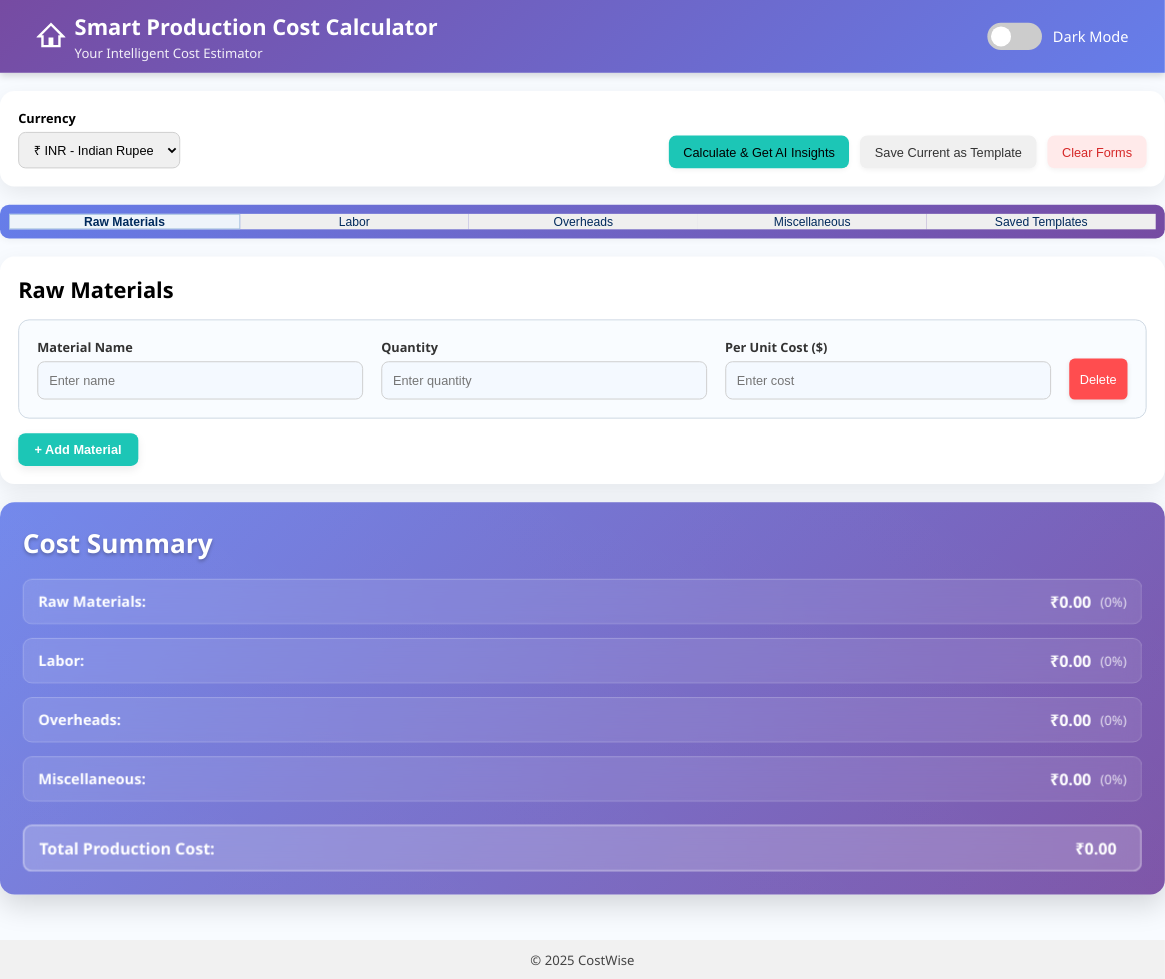
Repository: syntaxion25/COSTWISE
Page: index.html
These files come from the project's save history. The page is drawn as it stood at one moment and after the next save; the edit follows.
The browser window is 1280 px wide. The pictures show the whole page, at 91% of full size.

Above is the page before, as saved 2025-06-13 19:34:39.
Console error: ReferenceError: savedTemplates is not defined

After the next save:
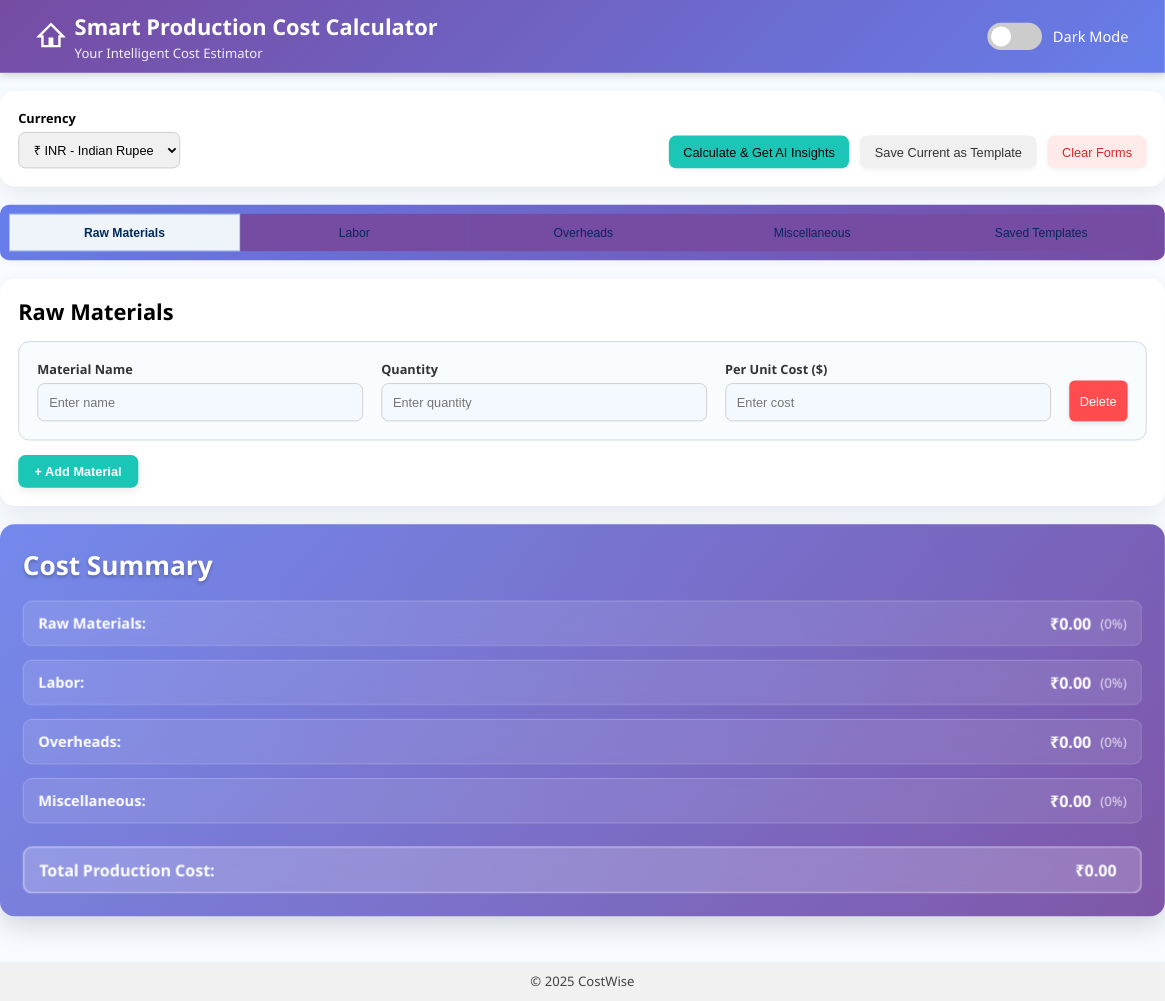
Saved 43 s later.
--- a/style.css
+++ b/style.css
@@ -266,7 +266,7 @@ svg {
 
 .tab {
   flex: 1;
-  background:  #764ba2
+  background:  #764ba2;
   padding: 12px 16px;
   text-align: center;
   color: #002a5c;
